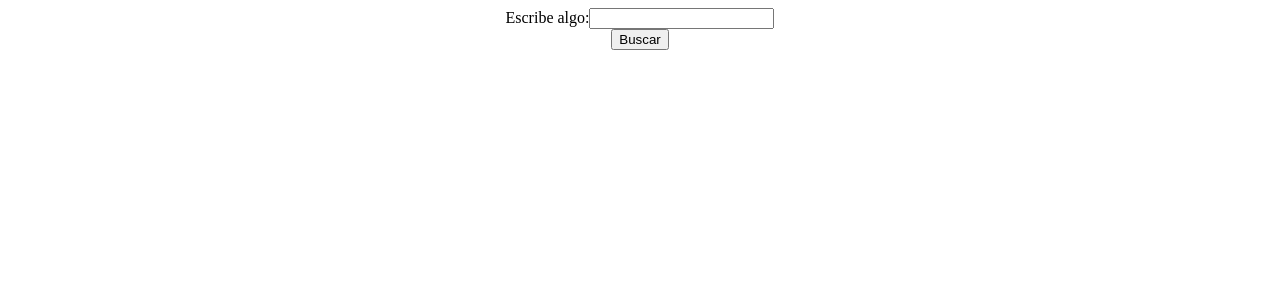
Repository: conmarred/wsSpring
Page: http://localhost/02_buscador_spring/
An editor plug-in stored every save of this project. The page is shown before and after the next save, followed by the edit.
The browser window is 1280 px wide. The pictures show the whole page.
The page is served by Tomcat 9. Other server files are loaded and not shown.

Above is the page before, as saved 2022-04-18 10:52:16.

### 02_buscador_spring/src/main/webapp/datos.jsp
<!DOCTYPE html>
<html>
<head>
<meta charset="ISO-8859-1">
<title>Insert title here</title>
</head>
<body>
	<center>
		<form action="Buscador">
			Escribe algo:<input type="text" name="tematica"><br>
			<input type="submit" value="Buscar">
		</form>

	</center>
</body>
</html>

After the next save:
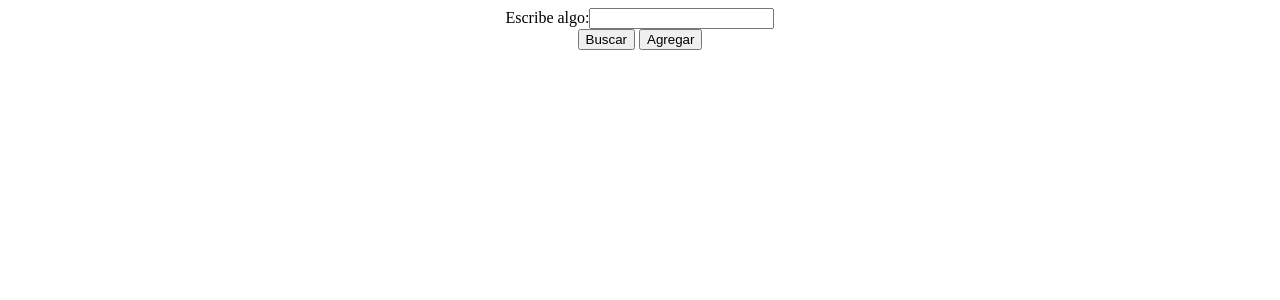
Saved 98 s later.
--- a/02_buscador_spring/src/main/webapp/datos.jsp
+++ b/02_buscador_spring/src/main/webapp/datos.jsp
@@ -9,6 +9,8 @@
 		<form action="Buscador">
 			Escribe algo:<input type="text" name="tematica"><br>
 			<input type="submit" value="Buscar">
+			<input type="submit" value="Agregar">
+
 		</form>
 
 	</center>

After the save that followed:
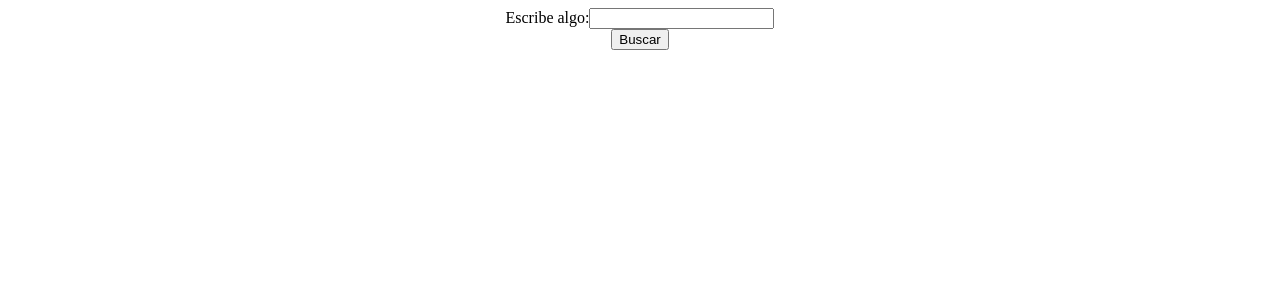
Saved 2 min 38 s later.
--- a/02_buscador_spring/src/main/webapp/datos.jsp
+++ b/02_buscador_spring/src/main/webapp/datos.jsp
@@ -9,7 +9,7 @@
 		<form action="Buscador">
 			Escribe algo:<input type="text" name="tematica"><br>
 			<input type="submit" value="Buscar">
-			<input type="submit" value="Agregar">
+			<a href="datos.html value="Agregar">
 
 		</form>
 
